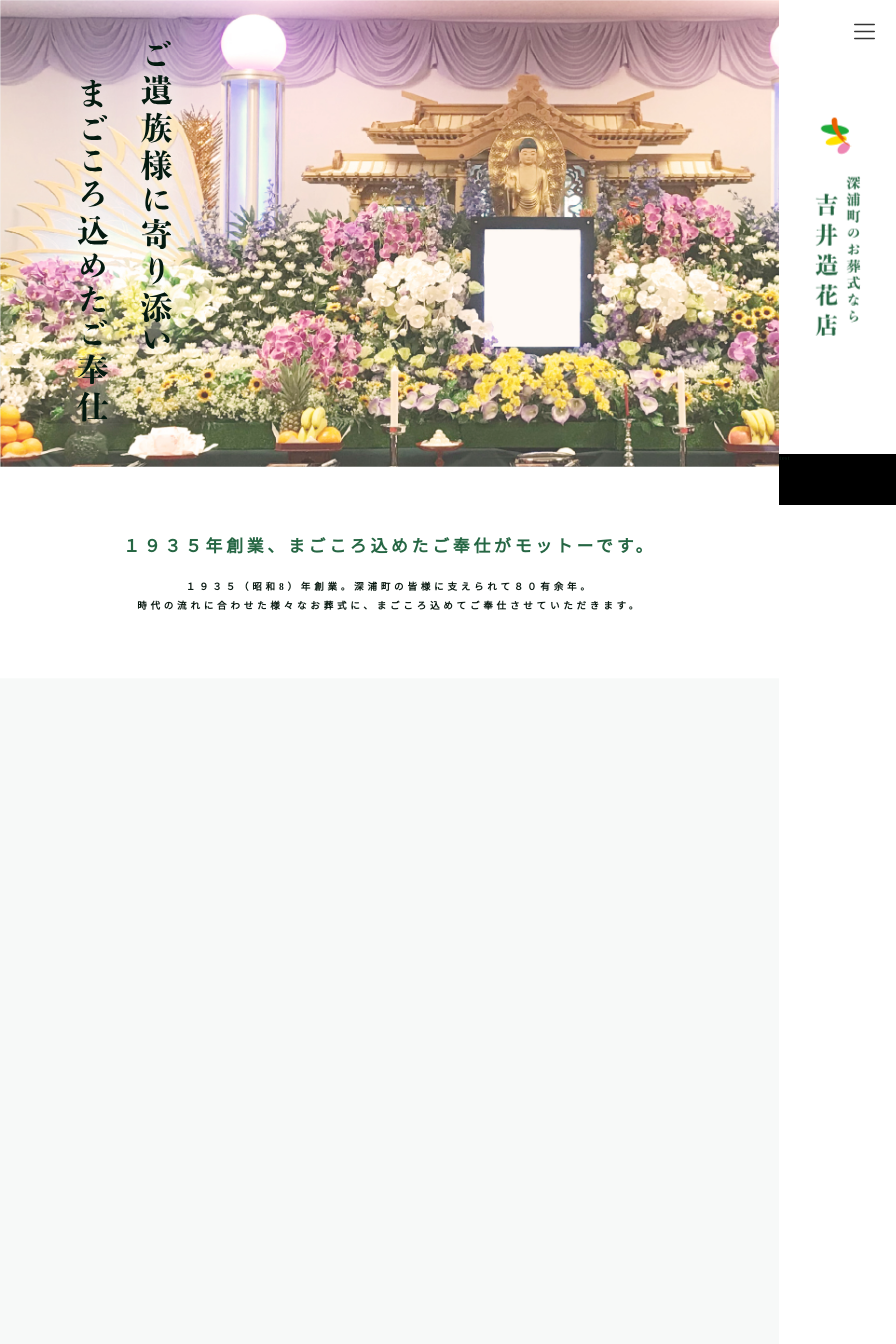
Repository: plus-agc-service-yamauchi/yoshii_scratch_ver3
Page: index.html
These files come from the project's save history. The page is drawn as it stood at one moment and after the next save; the edit follows.
The browser window is 1280 px wide. The pictures show the part of the page from y = 0 to 1920 px (the page is 3726 px tall), at 70% of full size.
Some web libraries are served in a nearby version. The style sheet was rebuilt from its Sass, Less or Tailwind sources for each picture, by a compiler version that may differ from the author's.

Above is the page before, as saved 2021-01-28 23:07:22.
Console error (its wording comes from the project's code and is left out).

After the next save:
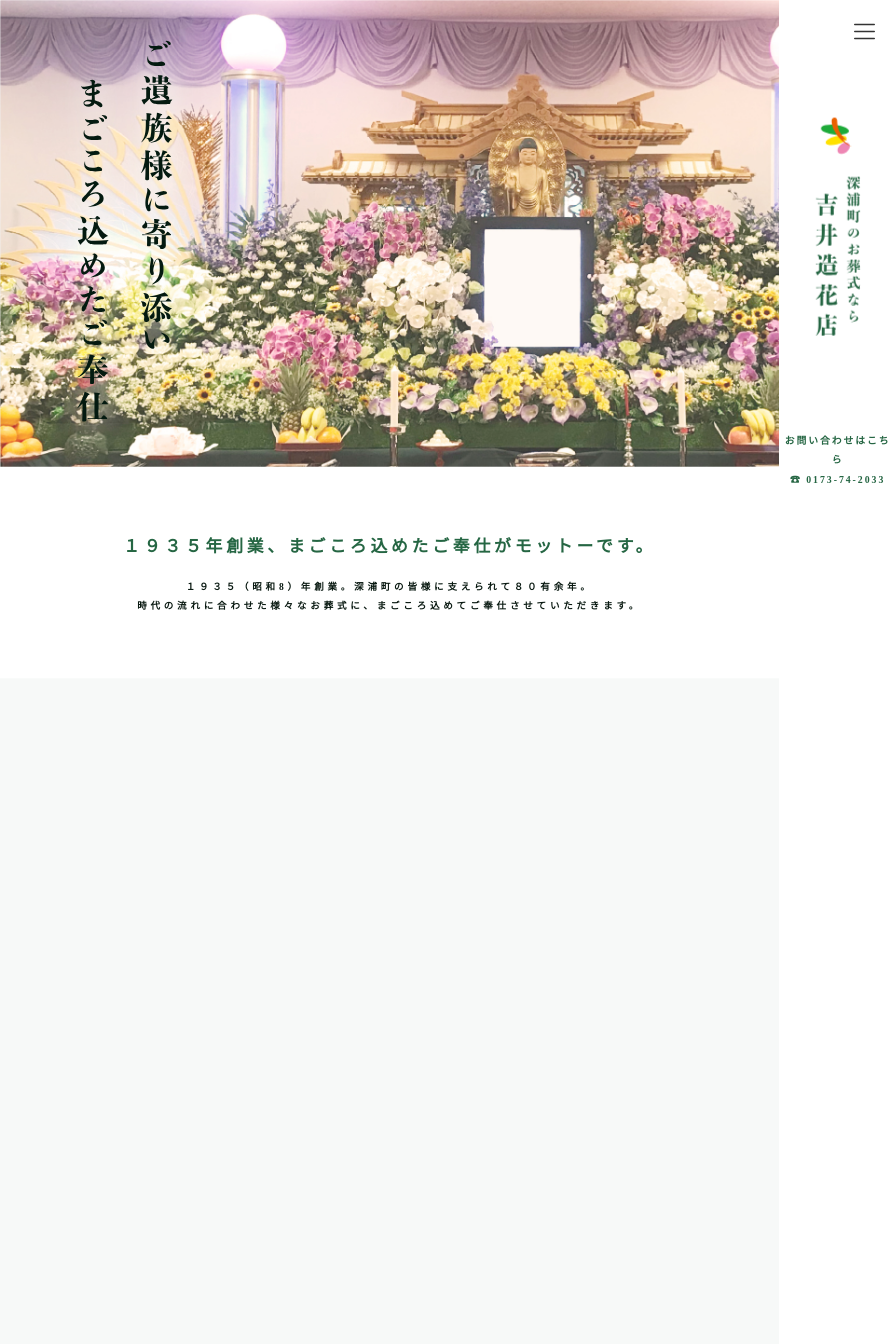
Saved 33 s later.
--- a/index.html
+++ b/index.html
@@ -311,7 +311,10 @@
                 <div style="height:90%;display:flex;justify-content:center;align-items:center;">
                     <p style="position:fixed;width:5%;"><img src="img/logo.svg" alt="" width="100%"></p>
                 </div>
-                <div style="height:10%;background:#000;position:fixed;bottom:0;width:100%;">test</div>
+                <div class="sideFooter"><p>お問い合わせはこちら</p>
+                    <p>
+                        <a href="tel:0173-74-2033">&phone; 0173-74-2033</a>
+                    </p></div>
                 <!-- サイドバー -->
                 <!-- <div class="sidebar"> -->
                     <!-- <div> -->
